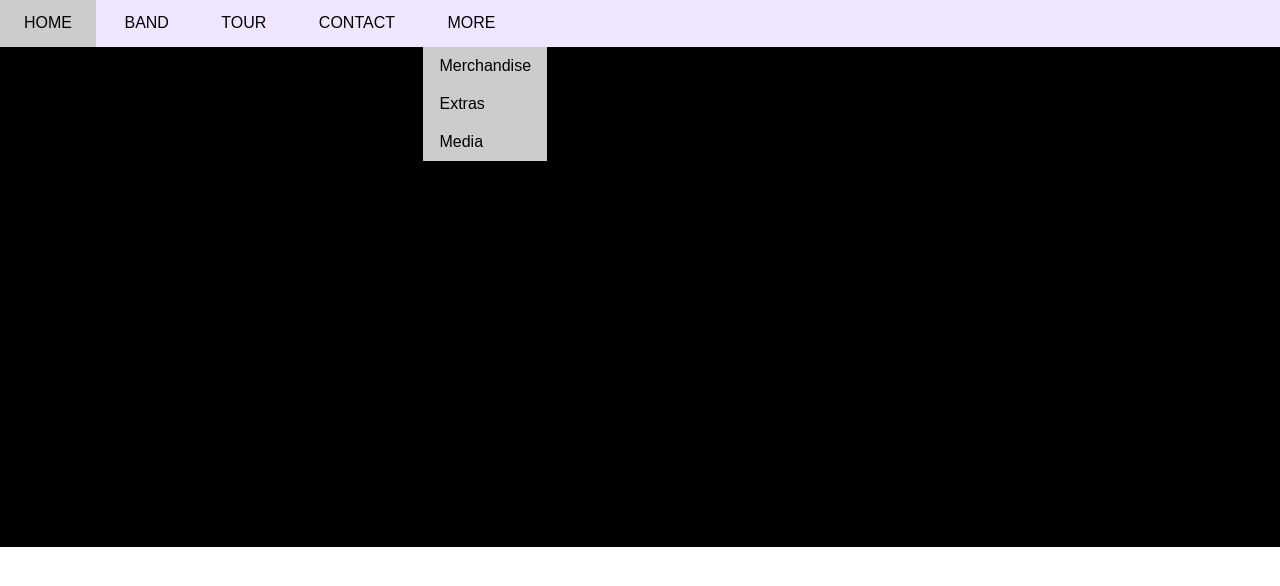
Repository: Ducspdn/WeTheBandF8
Page: w3_band/index.html
These files come from the project's save history. The page is drawn as it stood at one moment and after the next save; the edit follows.
The browser window is 1280 px wide. The pictures show the whole page.

Above is the page before, as saved 2023-01-16 22:26:06.

After the next save:
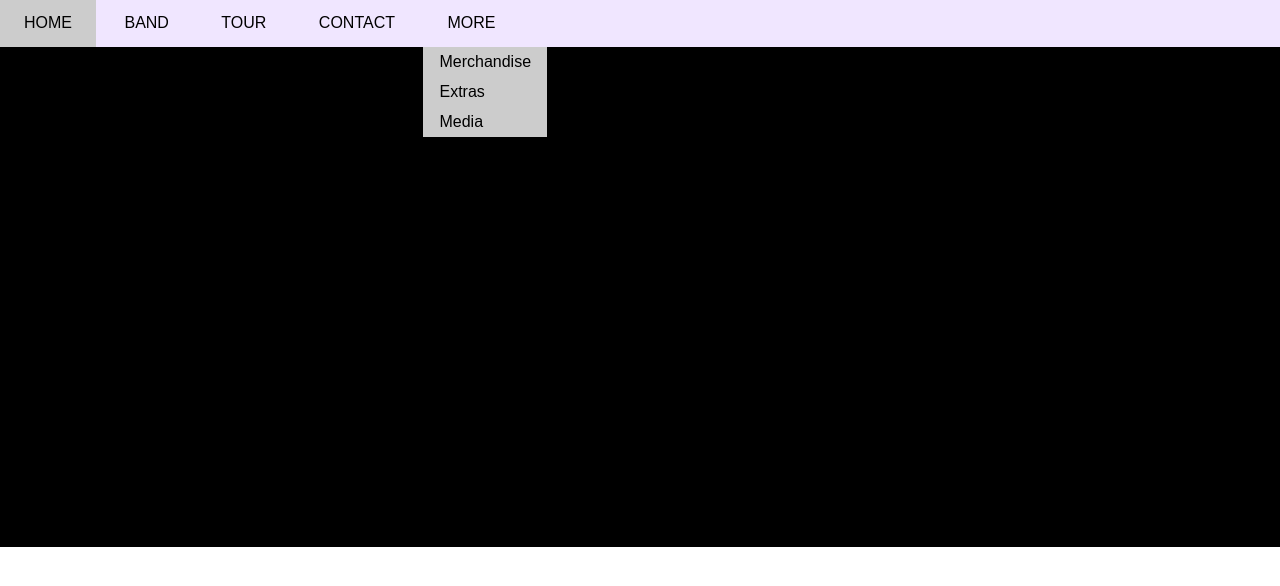
Saved 16 s later.
--- a/w3_band/assets/css/style.css
+++ b/w3_band/assets/css/style.css
@@ -77,7 +77,7 @@ html{
     padding-bottom : 0px;
     padding-left : 16px ;
     padding-right : 16px ;
-    line-height: 38px;
+    line-height: 30px;
 }
 #nav .subnav li:hover{
     color : black ;
